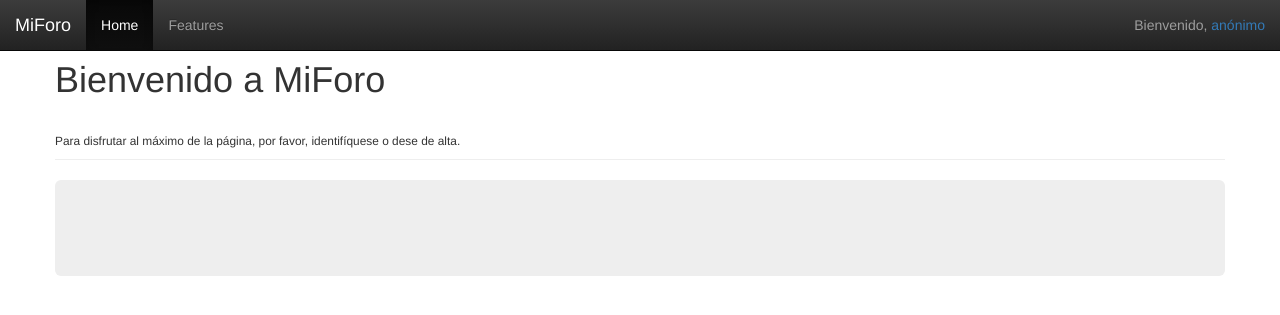
Repository: Myugen/EjercicioPHP
Page: http://localhost/
An editor plug-in stored every save of this project. The page is shown before and after the next save, followed by the edit.
The browser window is 1280 px wide. The pictures show the whole page.
Some web libraries are served in a nearby version. The page is run by PHP 8.4 with error messages shown; the project is at /var/www/html/.

Above is the page before, as saved 2015-11-27 19:20:31.
Not found: ProyectoFinalForo/jsfile

After the next save:
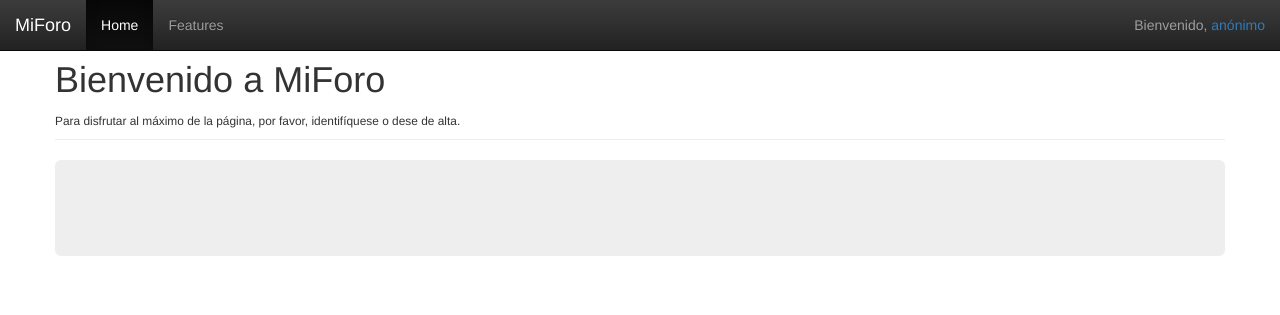
Saved 21 s later.
--- a/ProyectoFinalForo/index.php
+++ b/ProyectoFinalForo/index.php
@@ -41,7 +41,7 @@ session_start();
     	</div>
     	<div class="row" style="padding-top: 20px">
     		<div class="page-header">
-    			<h1>Bienvenido a MiForo</h1><br />
+    			<h1>Bienvenido a MiForo</h1>
     			<small>Para disfrutar al máximo de la página, por favor, identifíquese o dese de alta.</small>
     		</div>
     	</div>
